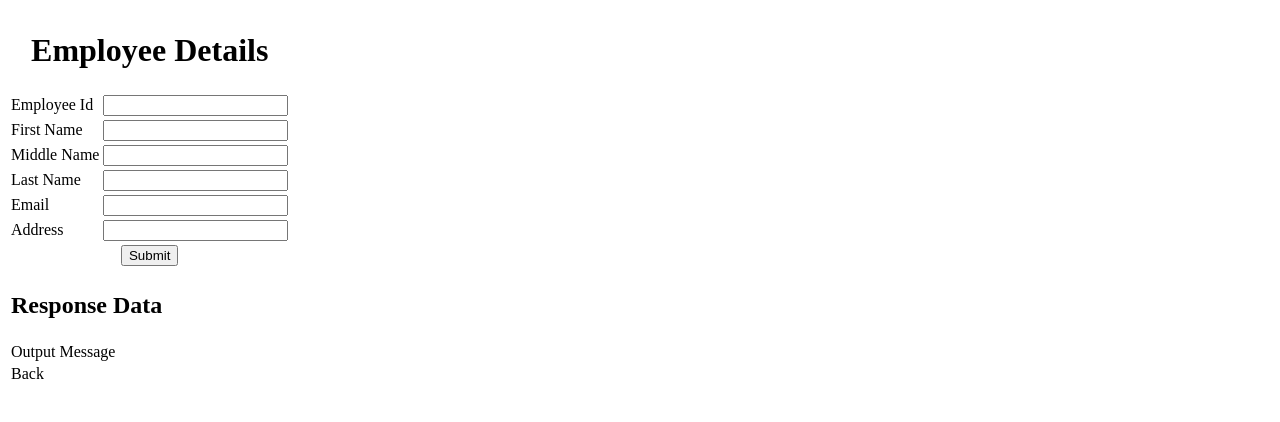
Repository: srjainapur/CRUD_Operation_With_Angular_Springboot
Page: angular-spring-demo/src/main/resources/static/post_data.html
An editor plug-in stored every save of this project. The page is shown before and after the next save, followed by the edit.
The browser window is 1280 px wide. The pictures show the whole page.
Some web libraries are served in a nearby version.

Above is the page before, as saved 2020-06-25 14:08:25.

After the next save:
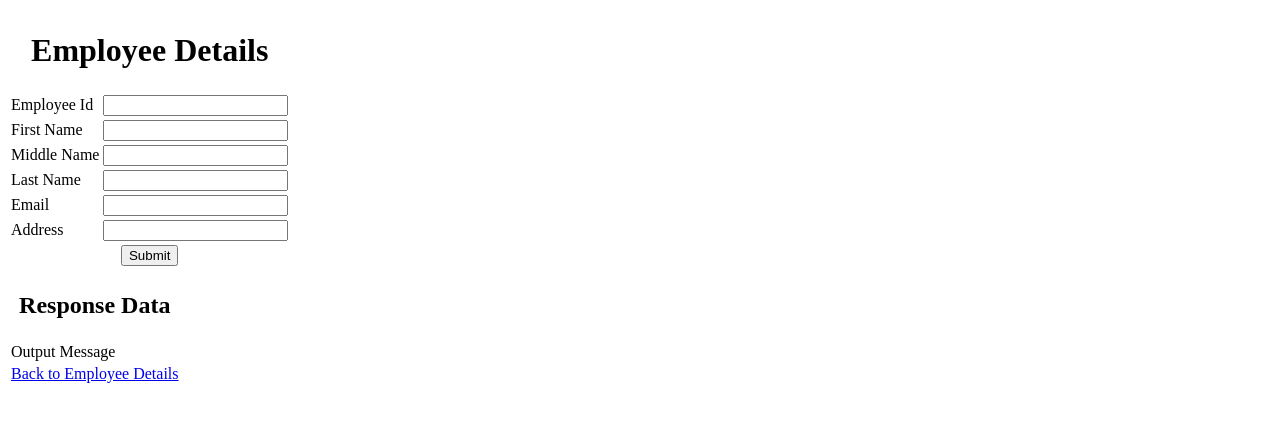
Saved 64 s later.
--- a/angular-spring-demo/src/main/resources/static/post_data.html
+++ b/angular-spring-demo/src/main/resources/static/post_data.html
@@ -87,7 +87,7 @@
 					<td>{{msg}}</td>
 				</tr>
 				<tr>
-					<td>Back</td>
+					<td colspan="2"><a href="EmployeeDetails.html"> Back to Employee Details </a></td>
 				</tr>
 			</table>
 		</div>
